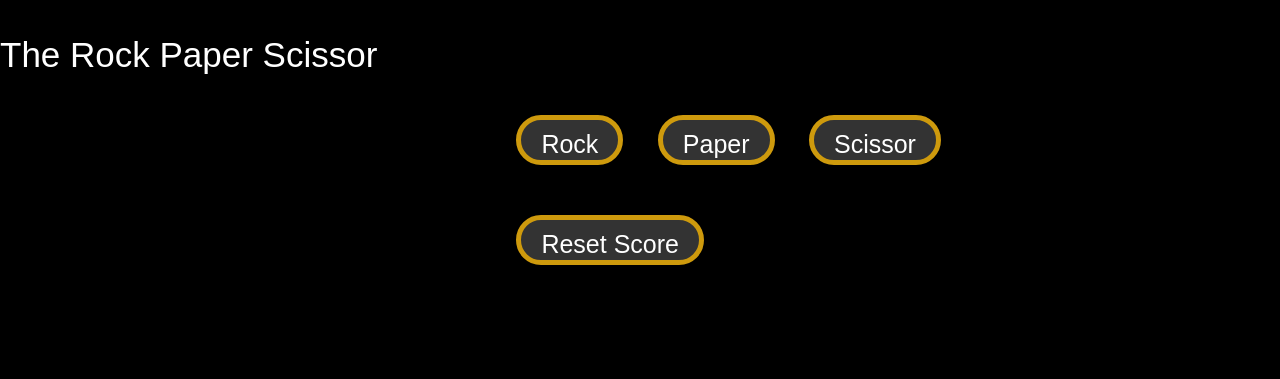
Repository: Drdregboss89/js-practical-projects
Page: index.html
These files come from the project's save history. The page is drawn as it stood at one moment and after the next save; the edit follows.
The browser window is 1280 px wide. The pictures show the whole page.

Above is the page before, as saved 2023-06-14 15:28:50.
Console error (its wording comes from the project's code and is left out).

### index.html
<!-- @format -->
<!DOCTYPE html>
<html lang="ENG">
  <head>
    <title>Rock Paper Scissor</title>
    <meta name="viewport" content="width=device-width, initial-scale=1.0" />
    <link rel="stylesheet" type="text/css" href="./fontawesome.min.css" />
    <link rel="stylesheet" type="text/css" href="./all.min.css" />
    <link rel="stylesheet" type="text/css" href="./line-awesome.min.css" />
    <link rel="stylesheet" type="text/css" href="index.css" />
  </head>
  <body>
    <p>The Rock Paper Scissor</p>
    <div class="btn">
      <button onclick="playGame('Rock');">Rock</button>
      <button onclick="playGame('Paper');">Paper</button>
      <button onclick="playGame('Scissor');">Scissor</button>
      <p class="js-score"></p>
      <button
        onclick="
      score.wins:0;
      score.loses:0;
      score.ties:0;
      localStorage.removeItem('score');"
      >
        Reset Score
      </button>
    </div>

    <script src="index.js"></script>
  </body>
</html>

### index.css
/** @format */

 .root {
  --main-color: #379237;
  --font-color: #f0ff42;
  --border-color: #001253;
  --body-color: #f6f6c9;
}
* {
  margin: 0;
  padding: 0;
  font-family: Poppins, sans-serif;
  box-sizing: border-box;
  background-color:black;

}

p {

  margin-bottom: 40px;
  margin-top: 35px;
  font-size: 35px;
  font-weight: :800;
  color:white;
}

button {
  padding: 10px 20px;
  font-size: 25px;
  height:50px;
  border-radius:75px;
  border: 5px solid rgb(206, 154, 13);
  margin-left: 30px;
  margin-bottom: 10px;
  background-color: #333;
  color: #fff;
}
.btn{
  margin-left: 38%;

}

### index.js
/** @format */

// let today = new Date();
// let hour = "";

// if ((hour) => 6 && hour < 12) {
//   console.log("good morning");
// } else if ((hour) => 12 && hour < 5) {
//   console.log("good day");
// }
let score = JSON.parse(localStorage.getItem("score")) || {
  wins : 0,
  loses : 0,
  ties:0
};/* short cut for using the if statement for setting default value*/ ;

/*if (!score shortcut for if score === null) {
  score{
    wins = 0,
    loses = 0,
    ties=0
  }
}*/

function playGame(selectMove) {
  const computerMove = rock();
  let result = "";

  if (selectMove === "Paper") {
    if (computerMove === "Rock") {
      result = "you loose";
    } else if (computerMove === "Scissor") {
      result = "you Win";
    } else if (computerMove === "Paper") {
      result = "Its a Tie";
    }
  } else if (selectMove === "Rock") {
    if (computerMove === "Rock") {
      result = "Tie";
    } else if (computerMove === "Scissor") {
      result = "you win";
    } else if (computerMove === "Paper") {
      result = "You Loose";
    }
  } else if (selectMove === "Scissor") {
    if (computerMove === "Rock") {
      result = "you Loose";
    } else if (computerMove === "Scissor") {
      result = "its a Tie";
    } else if (computerMove === "Paper") {
      result = "you Win";
    }
  }

  if (result === "you Win") {
    score.wins += 1;
  } else if (result === "you Loose") {
    score.loses += 1;
  } else if (result === "Tie") {
    score.ties += 1;
  }

  localStorage.setItem("score", JSON.stringify(score));

  alert(`You select ${selectMove}. computer select ${computerMove}. ${result}
  Wins : ${score.win} Loses : ${score.loses} Ties :${score.ties}`);
}

function rock() {
  const randomNumber = Math.random();
  let computerMove = "";

  if (randomNumber > 0 && randomNumber < 1 / 3) {
    computerMove = "Rock";
  } else if (randomNumber > 1 / 3 && randomNumber < 2 / 3) {
    computerMove = " Scissor";
  } else if (randomNumber > 2 / 3 && randomNumber < 1) {
    computerMove = " Paper";
  }
  return computerMove;
}

Loaded but not shown: fontawesome.min.css (library); all.min.css (library); line-awesome.min.css (library)

After the next save:
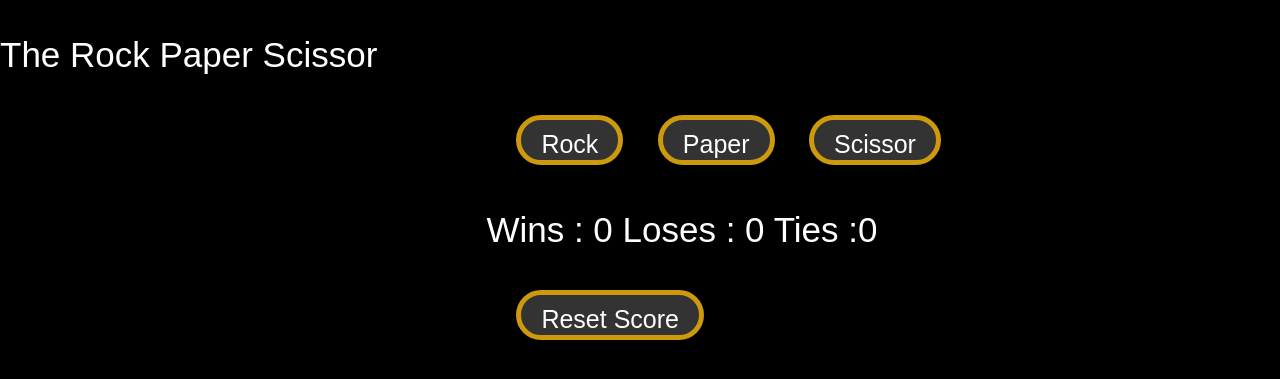
Saved 2 s later.
--- a/index.js
+++ b/index.js
@@ -21,6 +21,8 @@
     ties=0
   }
 }*/
+document.querySelector(`.js-score`)
+ .innerHTML =` Wins : ${score.wins} Loses : ${score.loses} Ties :${score.ties}`;
 
 function playGame(selectMove) {
   const computerMove = rock();
@@ -56,14 +58,14 @@
     score.wins += 1;
   } else if (result === "you Loose") {
     score.loses += 1;
-  } else if (result === "Tie") {
+  } else if (result === "its a Tie") {
     score.ties += 1;
   }
 
   localStorage.setItem("score", JSON.stringify(score));
 
   alert(`You select ${selectMove}. computer select ${computerMove}. ${result}
-  Wins : ${score.win} Loses : ${score.loses} Ties :${score.ties}`);
+  Wins : ${score.wins} Loses : ${score.loses} Ties :${score.ties}`);
 }
 
 function rock() {

After the save that followed:
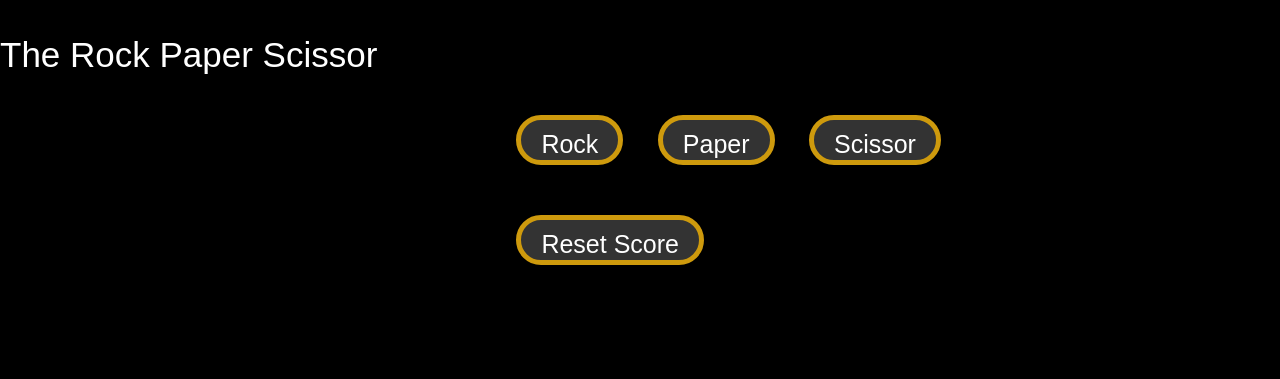
Saved 9 min 7 s later.
--- a/index.js
+++ b/index.js
@@ -21,8 +21,6 @@
     ties=0
   }
 }*/
-document.querySelector(`.js-score`)
- .innerHTML =` Wins : ${score.wins} Loses : ${score.loses} Ties :${score.ties}`;
 
 function playGame(selectMove) {
   const computerMove = rock();
@@ -68,6 +66,10 @@
   Wins : ${score.wins} Loses : ${score.loses} Ties :${score.ties}`);
 }
 
+function updateScore() {
+
+}
+
 function rock() {
   const randomNumber = Math.random();
   let computerMove = "";
